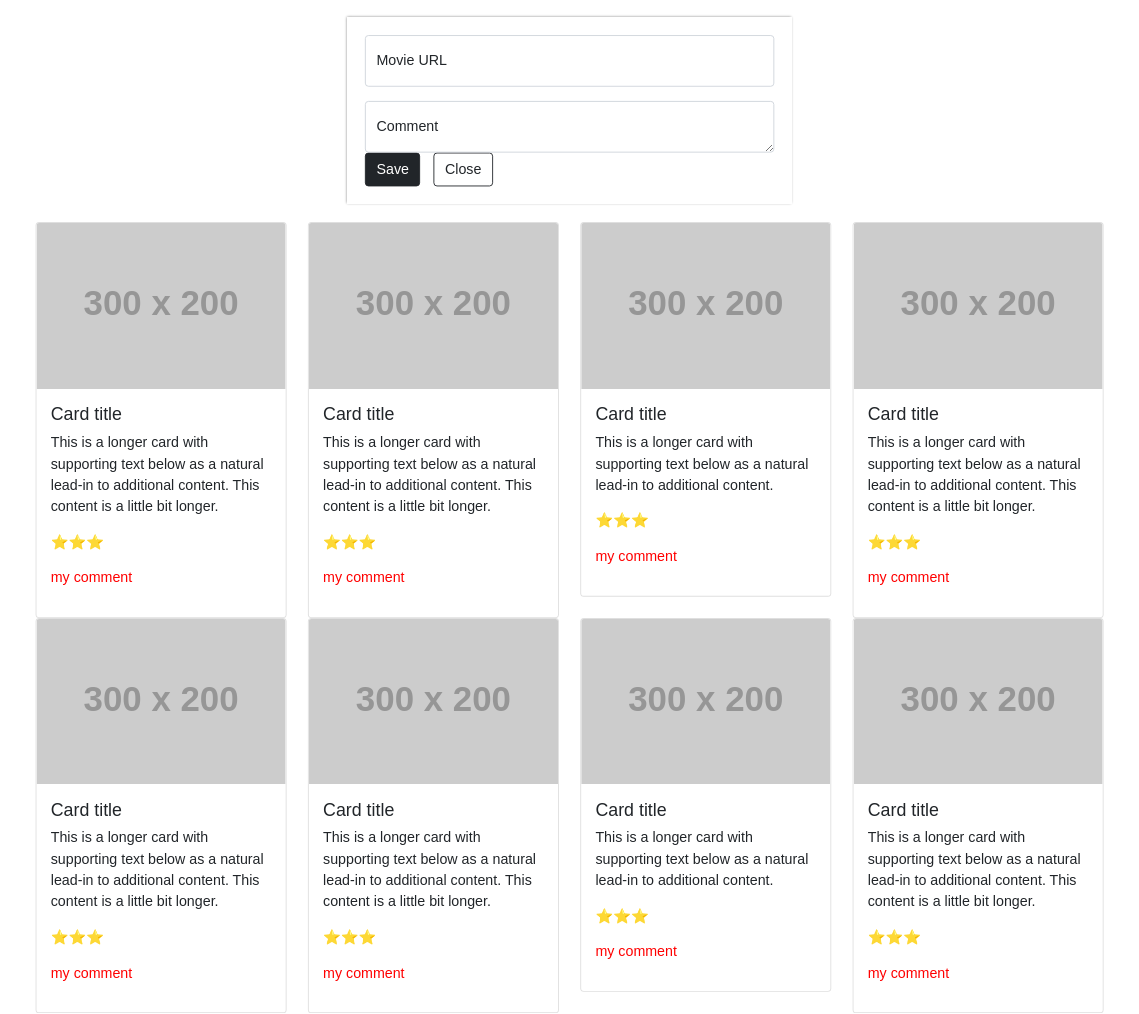
Repository: sinayaka-body/sparta
Page: frontend/bootstrap.html
An editor plug-in stored every save of this project. The page is shown before and after the next save, followed by the edit.
The browser window is 1280 px wide. The pictures show the part of the page from y = 250 to 1409 px (the page is 1389 px tall before and 1409 px after), at 89% of full size.
Some web fonts or font styles are not loaded; a fallback is used.

Above is the page before, as saved 2023-04-15 16:57:03.

After the next save:
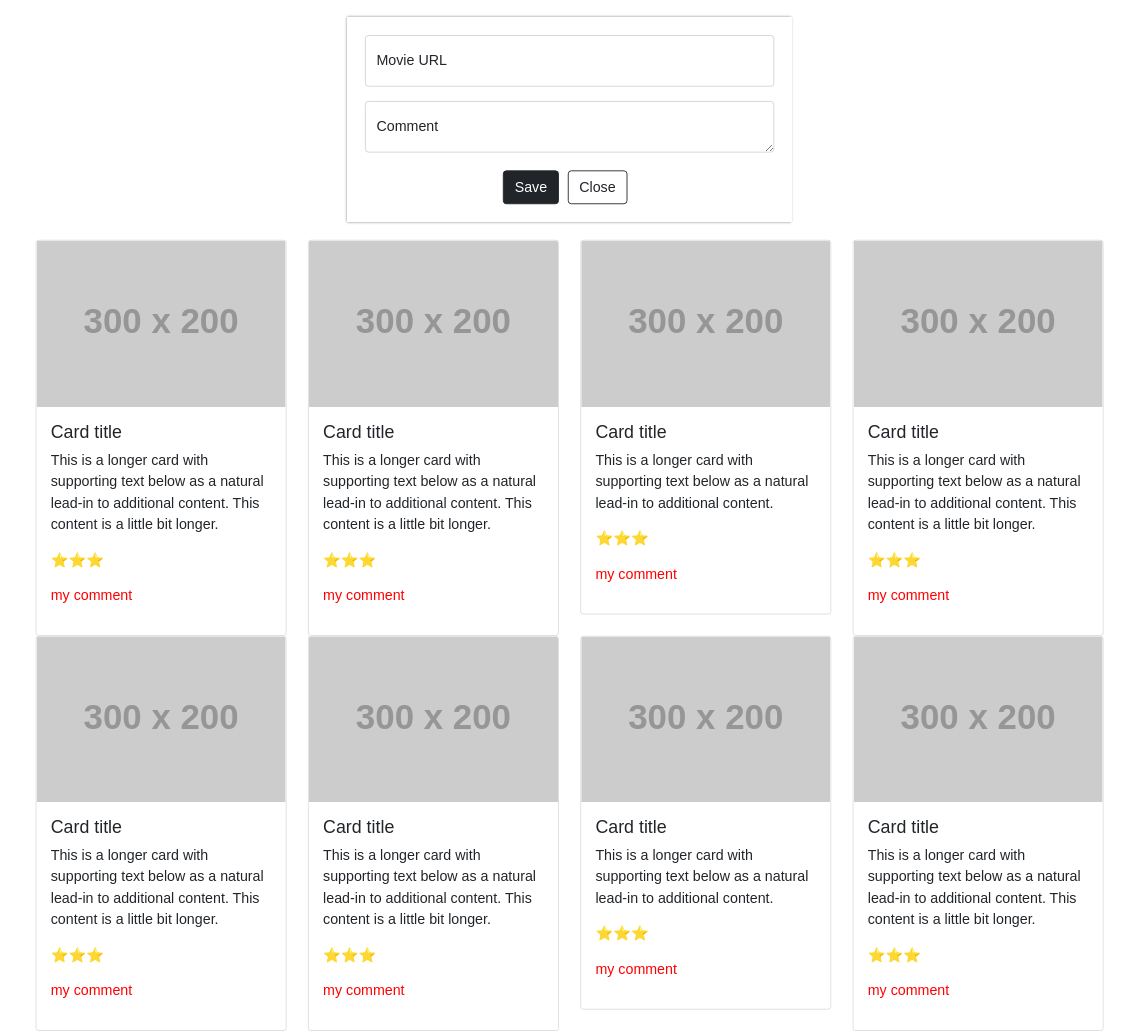
Saved 21 s later.
--- a/frontend/bootstrap.html
+++ b/frontend/bootstrap.html
@@ -64,7 +64,7 @@
         box-shadow: 0px 0px 3px 0px gray;
       }
 
-      .mybtn {
+      .mybtns {
         display: flex;
         flex-direction: row;
         align-items: center;
